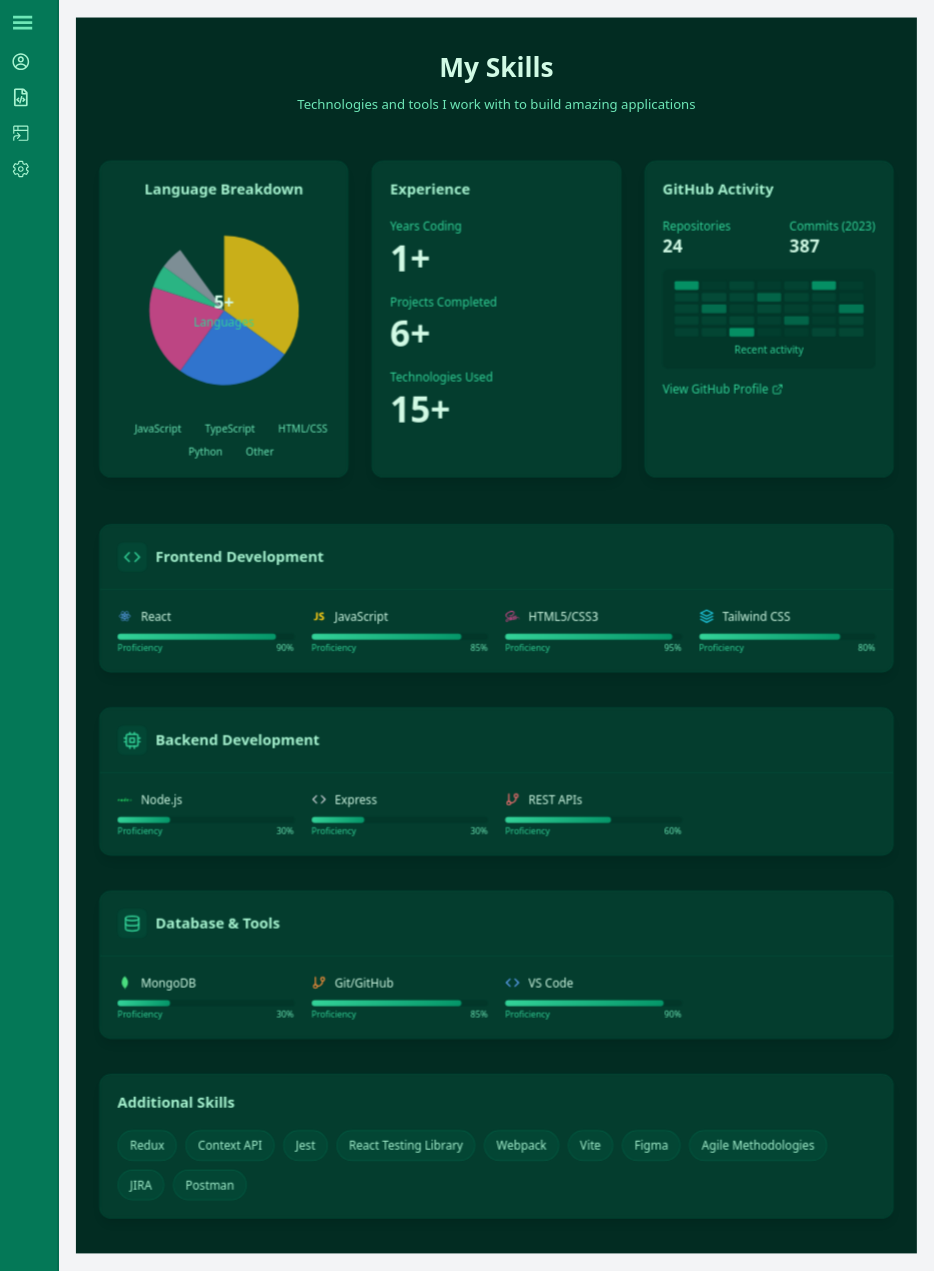
Repository: alizey12/DevLinker-Developer-Portfolio-Builder
Page: /dashboard/skills
An editor plug-in stored every save of this project. The page is shown before and after a run of saves, followed by the edit.
The browser window is 1280 px wide. The pictures show the whole page, at 73% of full size.
The project was rebuilt for these pictures with package versions that can differ from the ones it lists, and the page was loaded fresh each time. Also part of the build but not shown: vite.config.js, src/Pages/Login.jsx, src/Pages/Signup.jsx, src/Pages/Portfolio.jsx, src/Pages/Page404.jsx, src/Pages/Dashboard/Profile.jsx, src/Pages/Dashboard/Project.jsx, src/Pages/Dashboard/Setting.jsx and 1 more.

Above is the page before, as saved 2025-06-30 21:46:12.

### src/main.jsx
import { StrictMode } from 'react'

import { createRoot } from 'react-dom/client'
import './index.css'
import App from './App.jsx'
import { BrowserRouter } from 'react-router'

createRoot(document.getElementById('root')).render(
  <StrictMode>
  <BrowserRouter>
    <App />
    </BrowserRouter>
  </StrictMode>,
)

### src/App.jsx
import AppRoutes from "./Routes/AppRoutes";

function App() {
  return (
    <>
<AppRoutes />
    </>
  )
}

export default App

### src/Routes/AppRoutes.jsx
import React from 'react';
import { Routes, Route } from 'react-router';

import DashboardLayout from '../Components/Layout/DashboardLayout';
import Login from '../Pages/Login';
import Signup from '../Pages/Signup';
import Portfolio from '../Pages/Portfolio';
import Page404 from "../Pages/Page404";

import Profile from '../Pages/Dashboard/Profile';
import Skills from '../Pages/Dashboard/Skills';
import Projects from '../Pages/Dashboard/Project';
import Settings from '../Pages/Dashboard/Setting';
import Home from '../Pages/Home';

const AppRoutes = () => {
  return (
    <Routes>
      {/* Public Routes */}
      <Route path='/' element={<Home />} />
      <Route path='/login' element={<Login />} />
      <Route path='/signup' element={<Signup />} />
      <Route path='/portfolio/:username' element={<Portfolio />} />

      {/* Dashboard Routes */}
      <Route path='/dashboard' element={<DashboardLayout />}>
        <Route path="profile" element={<Profile />} />
        <Route path="skills" element={<Skills />} />
        <Route path="projects" element={<Projects />} />
        <Route path="settings" element={<Settings />} />
      </Route>

      {/* 404 Page */}
      <Route path='*' element={<Page404 />} />
    </Routes>
  );
};

export default AppRoutes;

### src/Components/Layout/DashboardLayout.jsx
import React from 'react'
import { Outlet } from 'react-router'
import Sidebar from '../Sidebar'

const DashboardLayout = () => {
  return (
    <div className="flex min-h-screen">
      {/* Sidebar on the left */}
      <Sidebar />

      {/* Main content */}
      <main className="flex-1 p-6 bg-gray-100">
        <Outlet />
      </main>
    </div>
  )
}

export default DashboardLayout

### src/Pages/Dashboard/Skills.jsx
import React from 'react';
import { FiCode, FiCpu, FiDatabase,FiExternalLink, FiLayers, FiGitBranch } from 'react-icons/fi';
import { DiReact, DiJavascript1, DiNodejs, DiMongodb, DiSass } from 'react-icons/di';

const Skills = () => {
  // Skill categories data
  const skillCategories = [
    {
      title: "Frontend Development",
      icon: <FiCode className="text-emerald-400" size={24} />,
      skills: [
        { name: "React", level: 90, icon: <DiReact className="text-blue-400" /> },
        { name: "JavaScript", level: 85, icon: <DiJavascript1 className="text-yellow-400" /> },
        { name: "HTML5/CSS3", level: 95, icon: <DiSass className="text-pink-500" /> },
        { name: "Tailwind CSS", level: 80, icon: <FiLayers className="text-cyan-400" /> }
      ]
    },
    {
      title: "Backend Development",
      icon: <FiCpu className="text-emerald-400" size={24} />,
      skills: [
        { name: "Node.js", level: 30, icon: <DiNodejs className="text-green-500" /> },
        { name: "Express", level: 30, icon: <FiCode className="text-gray-300" /> },
        { name: "REST APIs", level: 60, icon: <FiGitBranch className="text-red-400" /> }
      ]
    },
    {
      title: "Database & Tools",
      icon: <FiDatabase className="text-emerald-400" size={24} />,
      skills: [
        { name: "MongoDB", level: 30, icon: <DiMongodb className="text-green-400" /> },
        { name: "Git/GitHub", level: 85, icon: <FiGitBranch className="text-orange-400" /> },
        { name: "VS Code", level: 90, icon: <FiCode className="text-blue-400" /> }
      ]
    }
  ];

  // Languages/frameworks for radial chart
  const languages = [
    { name: "JavaScript", value: 35, color: "text-yellow-400" },
    { name: "TypeScript", value: 25, color: "text-blue-500" },
    { name: "HTML/CSS", value: 20, color: "text-pink-500" },
    { name: "Python", value: 5, color: "text-emerald-400" },
    { name: "Other", value: 5, color: "text-gray-400" }
  ];

  return (
    <div className="min-h-screen bg-emerald-950 py-12 px-4 sm:px-6 lg:px-8">
      <div className="max-w-7xl mx-auto">
        {/* Page Header */}
        <div className="text-center mb-16">
          <h1 className="text-4xl font-bold text-emerald-100 mb-4">My Skills</h1>
          <p className="text-lg text-emerald-300 max-w-3xl mx-auto">
            Technologies and tools I work with to build amazing applications
          </p>
        </div>

        {/* Skills Overview */}
        <div className="grid grid-cols-1 lg:grid-cols-3 gap-8 mb-16">
          {/* Radial Chart */}
          <div className="bg-emerald-900/50 backdrop-blur-sm rounded-2xl p-6 border border-emerald-800/50 shadow-lg flex flex-col items-center justify-center">
            <h2 className="text-xl font-bold text-emerald-200 mb-6">Language Breakdown</h2>
            <div className="relative w-64 h-64">
              <svg viewBox="0 0 100 100" className="w-full h-full">
                {languages.map((lang, i) => {
                  const angle = (lang.value / 100) * 360;
                  const startAngle = languages.slice(0, i).reduce((acc, l) => acc + (l.value / 100) * 360, 0);
                  return (
                    <path
                      key={lang.name}
                      d={describeArc(50, 50, 40, startAngle, startAngle + angle)}
                      fill="currentColor"
                      className={`${lang.color} opacity-80 hover:opacity-100 transition-opacity`}
                    />
                  );
                })}
              </svg>
              <div className="absolute inset-0 flex items-center justify-center">
                <div className="text-center">
                  <span className="text-2xl font-bold text-emerald-100">5+</span>
                  <p className="text-emerald-400">Languages</p>
                </div>
              </div>
            </div>
            <div className="flex flex-wrap justify-center gap-3 mt-6">
              {languages.map((lang) => (
                <div key={lang.name} className="flex items-center">
                  <div className={`w-3 h-3 rounded-full ${lang.color} mr-2`}></div>
                  <span className="text-sm text-emerald-300">{lang.name}</span>
                </div>
              ))}
            </div>
          </div>

          {/* Experience Stats */}
          <div className="bg-emerald-900/50 backdrop-blur-sm rounded-2xl p-6 border border-emerald-800/50 shadow-lg">
            <h2 className="text-xl font-bold text-emerald-200 mb-6">Experience</h2>
            <div className="space-y-6">
              <div>
                <h3 className="text-emerald-400 mb-2">Years Coding</h3>
                <div className="text-5xl font-bold text-emerald-100">1+</div>
              </div>
              <div>
                <h3 className="text-emerald-400 mb-2">Projects Completed</h3>
                <div className="text-5xl font-bold text-emerald-100">6+</div>
              </div>
              <div>
                <h3 className="text-emerald-400 mb-2">Technologies Used</h3>
                <div className="text-5xl font-bold text-emerald-100">15+</div>
              </div>
            </div>
          </div>

          {/* GitHub Stats */}
          <div className="bg-emerald-900/50 backdrop-blur-sm rounded-2xl p-6 border border-emerald-800/50 shadow-lg">
            <h2 className="text-xl font-bold text-emerald-200 mb-6">GitHub Activity</h2>
            <div className="flex items-center justify-between mb-4">
              <div>
                <h3 className="text-emerald-400">Repositories</h3>
                <div className="text-2xl font-bold text-emerald-100">24</div>
              </div>
              <div>
                <h3 className="text-emerald-400">Commits (2023)</h3>
                <div className="text-2xl font-bold text-emerald-100">387</div>
              </div>
            </div>
            <div className="bg-emerald-950/30 p-4 rounded-lg">
              <div className="grid grid-cols-7 gap-1">
                {Array.from({ length: 35 }).map((_, i) => (
                  <div
                    key={i}
                    className={`h-3 rounded-sm ${i % 5 === 0 ? 'bg-emerald-600' : 'bg-emerald-800/50'}`}
                    style={{ opacity: 0.3 + (Math.random() * 0.7) }}
                  />
                ))}
              </div>
              <p className="text-center text-sm text-emerald-400 mt-2">Recent activity</p>
            </div>
            <a
              href="#"
              className="inline-flex items-center mt-4 text-emerald-400 hover:text-emerald-300"
            >
              View GitHub Profile <FiExternalLink className="ml-1" />
            </a>
          </div>
        </div>

        {/* Skills by Category */}
        <div className="space-y-12">
          {skillCategories.map((category, index) => (
            <div key={index} className="bg-emerald-900/50 backdrop-blur-sm rounded-2xl overflow-hidden shadow-lg border border-emerald-800/50">
              <div className="p-6 border-b border-emerald-800/50 flex items-center">
                <div className="mr-3 p-2 bg-emerald-800/30 rounded-lg">
                  {category.icon}
                </div>
                <h2 className="text-xl font-bold text-emerald-200">{category.title}</h2>
              </div>
              <div className="p-6 grid grid-cols-1 md:grid-cols-2 lg:grid-cols-4 gap-6">
                {category.skills.map((skill, i) => (
                  <div key={i} className="group">
                    <div className="flex items-center mb-3">
                      <div className="mr-3 text-xl">
                        {skill.icon}
                      </div>
                      <h3 className="font-medium text-emerald-100">{skill.name}</h3>
                    </div>
                    <div className="w-full bg-emerald-950/30 h-2 rounded-full">
                      <div
                        className="bg-gradient-to-r from-emerald-400 to-emerald-600 h-2 rounded-full transition-all duration-1000 ease-out"
                        style={{ width: `${skill.level}%` }}
                      ></div>
                    </div>
                    <div className="flex justify-between mt-1">
                      <span className="text-xs text-emerald-400">Proficiency</span>
                      <span className="text-xs font-medium text-emerald-300">{skill.level}%</span>
                    </div>
                  </div>
                ))}
              </div>
            </div>
          ))}
        </div>

        {/* Additional Skills */}
        <div className="mt-12 bg-emerald-900/50 backdrop-blur-sm rounded-2xl p-6 border border-emerald-800/50 shadow-lg">
          <h2 className="text-xl font-bold text-emerald-200 mb-6">Additional Skills</h2>
          <div className="flex flex-wrap gap-3">
            {['Redux', 'Context API', 'Jest', 'React Testing Library', 'Webpack', 'Vite', 'Figma', 'Agile Methodologies', 'JIRA', 'Postman'].map((skill) => (
              <span
                key={skill}
                className="px-4 py-2 bg-emerald-800/30 text-emerald-200 rounded-full border border-emerald-700/50 hover:bg-emerald-700/50 transition-colors"
              >
                {skill}
              </span>
            ))}
          </div>
        </div>
      </div>
    </div>
  );
};

// Helper function for radial chart
function describeArc(x, y, radius, startAngle, endAngle) {
  const start = polarToCartesian(x, y, radius, endAngle);
  const end = polarToCartesian(x, y, radius, startAngle);
  const largeArcFlag = endAngle - startAngle <= 180 ? "0" : "1";
  return [
    "M", x, y,
    "L", start.x, start.y,
    "A", radius, radius, 0, largeArcFlag, 0, end.x, end.y,
    "Z"
  ].join(" ");
}

function polarToCartesian(x, y, radius, angleInDegrees) {
  const angleInRadians = (angleInDegrees - 90) * Math.PI / 180.0;
  return {
    x: x + (radius * Math.cos(angleInRadians)),
    y: y + (radius * Math.sin(angleInRadians))
  };
}

export default Skills;

### src/Components/Sidebar.jsx
import React, { useState } from 'react';
import { NavLink } from 'react-router';
import { CgProfile } from "react-icons/cg";
import { FaRegFileCode } from "react-icons/fa";
import { GoProjectSymlink } from "react-icons/go";
import { IoSettingsOutline } from "react-icons/io5";
import { GiHamburgerMenu } from "react-icons/gi";

const Sidebar = () => {
  const [isCollapsed, setIsCollapsed] = useState(true);

  function handleSideToggle() {
    setIsCollapsed(!isCollapsed);
  }

  return (
    <div>
      <aside className={`${isCollapsed ? 'w-20' : 'w-64'} h-full bg-emerald-900/70 hover:bg-emerald-700 text-white p-4 transition-all duration-300 border-r border-emerald-900/70 backdrop-blur`}>
        <button onClick={handleSideToggle} className="text-emerald-300 hover:text-emerald-400">
          <GiHamburgerMenu size={30} />
        </button>

        <ul className="space-y-6 my-5">
          <li>
            <NavLink
              to="profile"
              className="flex items-center text-emerald-200 hover:text-emerald-400"
              activeClassName="text-emerald-400"
            >
              <CgProfile size={25} />
              {!isCollapsed && <span className="ml-3 font-semibold text-lg">Profile</span>}
            </NavLink>
          </li>

          <li>
            <NavLink
              to="skills"
              className="flex items-center text-emerald-200 hover:text-emerald-400"
              activeClassName="text-emerald-400"
            >
              <FaRegFileCode size={25} />
              {!isCollapsed && <span className="ml-3 font-semibold text-lg">Skills</span>}
            </NavLink>
          </li>

          <li>
            <NavLink
              to="projects"
              className="flex items-center text-emerald-200 hover:text-emerald-400"
              activeClassName="text-emerald-400"
            >
              <GoProjectSymlink size={25} />
              {!isCollapsed && <span className="ml-3 font-semibold text-lg">Projects</span>}
            </NavLink>
          </li>

          <li>
            <NavLink
              to="settings"
              className="flex items-center text-emerald-200 hover:text-emerald-400"
              activeClassName="text-emerald-400"
            >
              <IoSettingsOutline size={25} />
              {!isCollapsed && <span className="ml-3 font-semibold text-lg">Settings</span>}
            </NavLink>
          </li>
        </ul>
      </aside>
    </div>
  );
};

export default Sidebar;

Loaded but not shown: index.html (common file); src/index.css (common file); tailwind.config.js (common file)

After the next 2 saves:
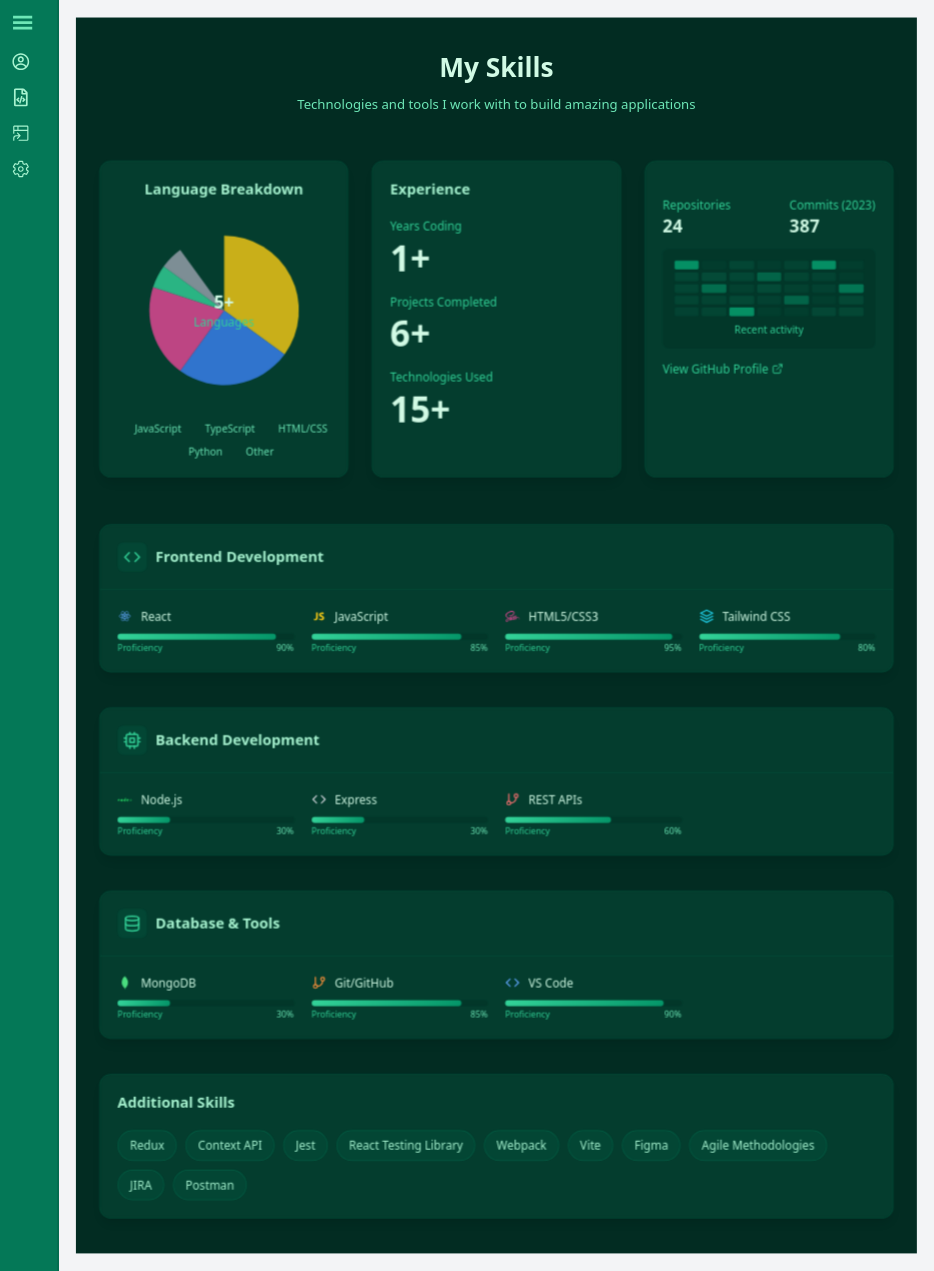
The 2 saves are shown as one change because they came seconds apart.
The last was saved 27 s later.
--- a/src/Pages/Dashboard/Skills.jsx
+++ b/src/Pages/Dashboard/Skills.jsx
@@ -113,7 +113,7 @@
 
           {/* GitHub Stats */}
           <div className="bg-emerald-900/50 backdrop-blur-sm rounded-2xl p-6 border border-emerald-800/50 shadow-lg">
-            <h2 className="text-xl font-bold text-emerald-200 mb-6">GitHub Activity</h2>
+            <h2 className="text-xl font-bold text-emerald-200 mb-6"> </h2>
             <div className="flex items-center justify-between mb-4">
               <div>
                 <h3 className="text-emerald-400">Repositories</h3>
